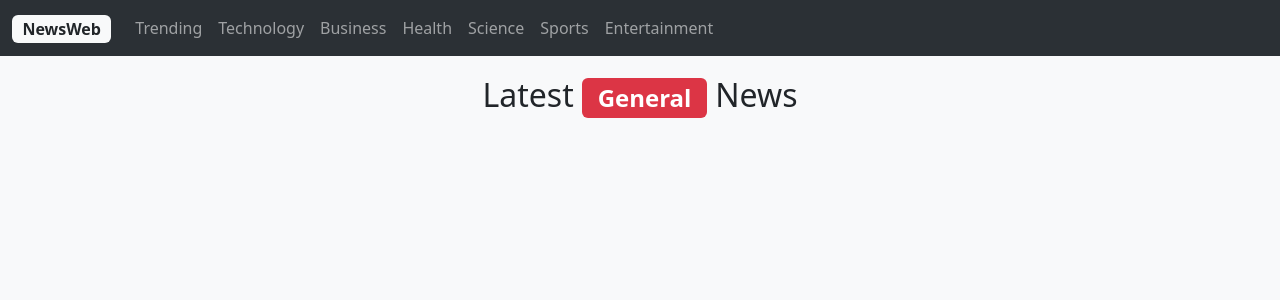
Repository: Abhilash2909/NewsWeb
Page: /
An editor plug-in stored every save of this project. The page is shown before and after the next save, followed by the edit.
The browser window is 1280 px wide. The pictures show the whole page.
The page's requests for data from a server got no answer. The project was rebuilt for these pictures with package versions that can differ from the ones it lists, and the page was loaded fresh each time. No one was signed in, and anything a server would have sent is missing. Also part of the build but not shown: vite.config.js, src/Components/NewsItem.jsx, src/App.css.

Above is the page before, as saved 2024-05-22 22:54:27.

After the next save:
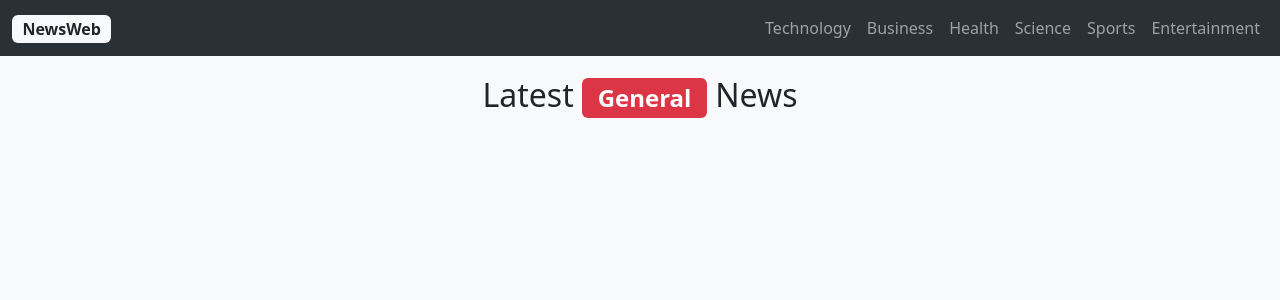
Saved 23 s later.
--- a/src/Components/Navbar.jsx
+++ b/src/Components/Navbar.jsx
@@ -1,104 +1,62 @@
 
-// const Navbar = ({setCategory}) => {
-//   return (
+const Navbar = ({setCategory}) => {
+  return (
 
-//     <nav className="navbar navbar-expand-lg bg-body-tertiary" data-bs-theme="dark">
+    <nav className="navbar navbar-expand-lg bg-body-tertiary" data-bs-theme="dark">
 
-//   <div className="container-fluid">
+  <div className="container-fluid">
 
-//     <a className="navbar-brand" href="#"><span className="badge bg-light text-dark fs-6">NewsWeb</span></a>
+    <a className="navbar-brand" href="#"><span className="badge bg-light text-dark fs-6">NewsWeb</span></a>
 
-//     <button className="navbar-toggler" type="button" data-bs-toggle="collapse" data-bs-target="#navbarNav" aria-controls="navbarNav" aria-expanded="false" aria-label="Toggle navigation">
-//       <span className="navbar-toggler-icon"></span>
-//     </button>
+    <button className="navbar-toggler" type="button" data-bs-toggle="collapse" data-bs-target="#navbarNav" aria-controls="navbarNav" aria-expanded="false" aria-label="Toggle navigation">
+      <span className="navbar-toggler-icon"></span>
+    </button>
 
 
-//     {/* <div className="collapse navbar-collapse" id="navbarNav"> */}
-//       <ul className="navbar-nav">
-//         <li className="nav-item">
-//           {/* <div className="nav-link" href="#" onClick={()=>setCategory("technology")}>Technology</div> */}
-//           {/* <a className="navbar-brand" href="#"><span className="badge bg-light text-dark fs-6">Technology</span></a> */}
-//           <a className="nav-link" onClick={()=>setCategory("Technology")}>Technology</a>
-//         </li>
-//         <li className="nav-item">
-//           {/* <div className="nav-link" onClick={()=>setCategory("business")}>Business</div> */}
-//           {/* <a className="navbar-brand" href="#"><span className="badge bg-light text-dark fs-6">Business</span></a> */}
-//           <a className="nav-link" onClick={()=>setCategory("Business")}>Business</a>
-//         </li>
+    {/* <div className="collapse navbar-collapse" id="navbarNav"> */}
+      <ul className="navbar-nav">
+        <li className="nav-item">
+          {/* <div className="nav-link" href="#" onClick={()=>setCategory("technology")}>Technology</div> */}
+          {/* <a className="navbar-brand" href="#"><span className="badge bg-light text-dark fs-6">Technology</span></a> */}
+          <a className="nav-link" onClick={()=>setCategory("Technology")}>Technology</a>
+        </li>
+        <li className="nav-item">
+          {/* <div className="nav-link" onClick={()=>setCategory("business")}>Business</div> */}
+          {/* <a className="navbar-brand" href="#"><span className="badge bg-light text-dark fs-6">Business</span></a> */}
+          <a className="nav-link" onClick={()=>setCategory("Business")}>Business</a>
+        </li>
 
-//         <li className="nav-item">
-//           {/* <div className="nav-link" onClick={()=>setCategory("health")}>Health</div> */}
-//           <a className="nav-link" onClick={()=>setCategory("health")}>Health</a>
-//         </li>
+        <li className="nav-item">
+          {/* <div className="nav-link" onClick={()=>setCategory("health")}>Health</div> */}
+          <a className="nav-link" onClick={()=>setCategory("health")}>Health</a>
+        </li>
 
-//         <li className="nav-item">
-//           {/* <div className="nav-link" onClick={()=>setCategory("science")}>Science</div> */}
-//           {/* <a className="navbar-brand" href="#"><span className="badge bg-light text-dark fs-6">Science</span></a> */}
-//           <a className="nav-link" onClick={()=>setCategory("Science")}>Science</a>
-//         </li>
+        <li className="nav-item">
+          {/* <div className="nav-link" onClick={()=>setCategory("science")}>Science</div> */}
+          {/* <a className="navbar-brand" href="#"><span className="badge bg-light text-dark fs-6">Science</span></a> */}
+          <a className="nav-link" onClick={()=>setCategory("Science")}>Science</a>
+        </li>
 
-//         {/* <li className="nav-item"> */}
-//           {/* <div className="nav-link" onClick={()=>setCategory("sports")}>Sports</div> */}
-//           {/* <a className="navbar-brand" href="#"><span className="badge bg-light text-dark fs-6">Sports</span></a> */}
-//           <a className="nav-link" onClick={()=>setCategory("Sports")}>Sports</a>
-//         {/* </li> */}
+        {/* <li className="nav-item"> */}
+          {/* <div className="nav-link" onClick={()=>setCategory("sports")}>Sports</div> */}
+          {/* <a className="navbar-brand" href="#"><span className="badge bg-light text-dark fs-6">Sports</span></a> */}
+          <a className="nav-link" onClick={()=>setCategory("Sports")}>Sports</a>
+        {/* </li> */}
 
-//         {/* <li className="nav-item"> */}
-//           {/* <div className="nav-link" onClick={()=>setCategory("entertainment")}>Entertainment</div> */}
-//           {/* <a className="navbar-brand" href="#"><span className="badge bg-light text-dark fs-6">Entertainment</span></a> */}
-//           <a className="nav-link" onClick={()=>setCategory("Entertainment")}>Entertainment</a>
-//         {/* </li> */}
+        {/* <li className="nav-item"> */}
+          {/* <div className="nav-link" onClick={()=>setCategory("entertainment")}>Entertainment</div> */}
+          {/* <a className="navbar-brand" href="#"><span className="badge bg-light text-dark fs-6">Entertainment</span></a> */}
+          <a className="nav-link" onClick={()=>setCategory("Entertainment")}>Entertainment</a>
+        {/* </li> */}
 
 
 
-//       </ul>
-//     </div>
-//   {/* </div> */}
+      </ul>
+    </div>
+  {/* </div> */}
 
-// </nav>
-//   )
-// }
-
-// export default Navbar
-
-
-
-const Navbar = ({ setCategory }) => {
-  return (
-    <nav className="navbar navbar-expand-lg bg-body-tertiary" data-bs-theme="dark">
-      <div className="container-fluid">
-        <a className="navbar-brand" href="#"><span className="badge bg-light text-dark fs-6">NewsWeb</span></a>
-        <button className="navbar-toggler" type="button" data-bs-toggle="collapse" data-bs-target="#navbarNav" aria-controls="navbarNav" aria-expanded="false" aria-label="Toggle navigation">
-          <span className="navbar-toggler-icon"></span>
-        </button>
-        <div className="collapse navbar-collapse" id="navbarNav">
-          <ul className="navbar-nav">
-            <li className="nav-item">
-              <div className="nav-link" onClick={() => setCategory("trending")}>Trending</div>
-            </li>
-            <li className="nav-item">
-              <div className="nav-link" onClick={() => setCategory("technology")}>Technology</div>
-            </li>
-            <li className="nav-item">
-              <div className="nav-link" onClick={() => setCategory("business")}>Business</div>
-            </li>
-            <li className="nav-item">
-              <div className="nav-link" onClick={() => setCategory("health")}>Health</div>
-            </li>
-            <li className="nav-item">
-              <div className="nav-link" onClick={() => setCategory("science")}>Science</div>
-            </li>
-            <li className="nav-item">
-              <div className="nav-link" onClick={() => setCategory("sports")}>Sports</div>
-            </li>
-            <li className="nav-item">
-              <div className="nav-link" onClick={() => setCategory("entertainment")}>Entertainment</div>
-            </li>
-          </ul>
-        </div>
-      </div>
-    </nav>
-  );
+</nav>
+  )
 }
 
-export default Navbar;
+export default Navbar
